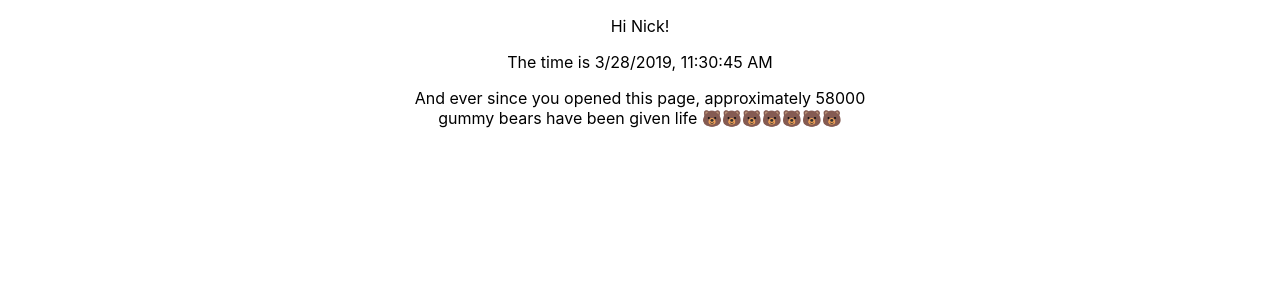
Repository: crispinonicky/gummy-facts
Page: /
An editor plug-in stored every save of this project. The page is shown before and after the next save, followed by the edit.
The browser window is 1280 px wide. The pictures show the whole page.
The project was rebuilt for these pictures with package versions that can differ from the ones it lists, and the page was loaded fresh each time.

Above is the page before, as saved 2019-03-28 14:14:42.

### src/App.js
import React, { Component } from 'react';
import './App.css';
import Clock from './components/Clock';
import GummyCount from './components/GummyCount';


class App extends Component {
  constructor(props){
    super(props)

    this.state = {
      name: "Nick"
    }

  }



  render() {
    return (
      <div className="App">


      <p>
        Hi {this.state.name}!
      </p>

        <Clock />
        <GummyCount />


      </div>
    );
  }
}

export default App;

### src/components/Clock.js
import React, { Component } from "react";
import "../App.css";

let time = new Date().toLocaleString();

class Clock extends React.Component {
  constructor(props) {

    super(props)
    this.state = {
      time: new Date().toLocaleString(),
    };
  }

  componentDidMount() {
    this.intervalID = setInterval(
      () => this.tick(),
      1000
    )
  }

  componentWillUnmount() {
    clearInterval(this.intervalID);
  }

  tick() {
    this.setState({
      time: new Date().toLocaleString()
    });
  }

  render() {
    return (
      <div className = "Clock">
      <p>
        The time is {this.state.time}
      </p>
      </div>
    );
  }
}

console.log(typeof time)



export default Clock;

### src/components/GummyCount.js
const React = require('react')

class GummyCount extends React.Component {
  constructor(props) {
    super(props);
    this.state = {
      seconds: 0,
    };
  }

  tick() {
    this.setState(state => ({
      seconds: state.seconds + 1
    }));
  }

  componentDidMount() {
    this.interval = setInterval(() => this.tick(), 10);
  }

  componentWillUnmount() {
    clearInterval(this.interval);
  }

  render() {

    return (

      <div className = "Gummy-count">
        <p>
        And ever since you opened this page, approximately {this.state.seconds * 116}
        <br/>
        gummy bears have been given life 🐻🐻🐻🐻🐻🐻🐻
        </p>
      </div>
    );
  }
}

export default GummyCount;

Loaded but not shown: public/index.html (common file); src/index.js (common file); src/index.css (common file); src/serviceWorker.js (common file); src/App.css (common file)

After the next save:
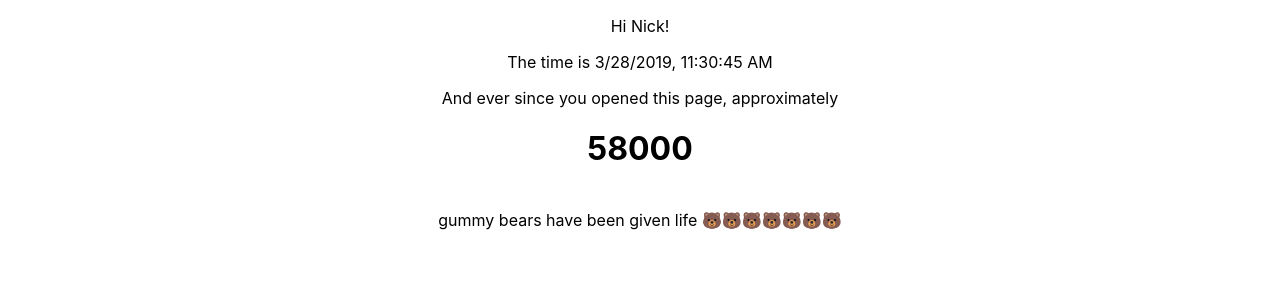
Saved 8 min 47 s later.
--- a/src/components/GummyCount.js
+++ b/src/components/GummyCount.js
@@ -28,7 +28,9 @@ class GummyCount extends React.Component {
 
       <div className = "Gummy-count">
         <p>
-        And ever since you opened this page, approximately {this.state.seconds * 116}
+        And ever since you opened this page, approximately
+        <br/>
+        <h1>{this.state.seconds * 116}</h1>
         <br/>
         gummy bears have been given life 🐻🐻🐻🐻🐻🐻🐻
         </p>
